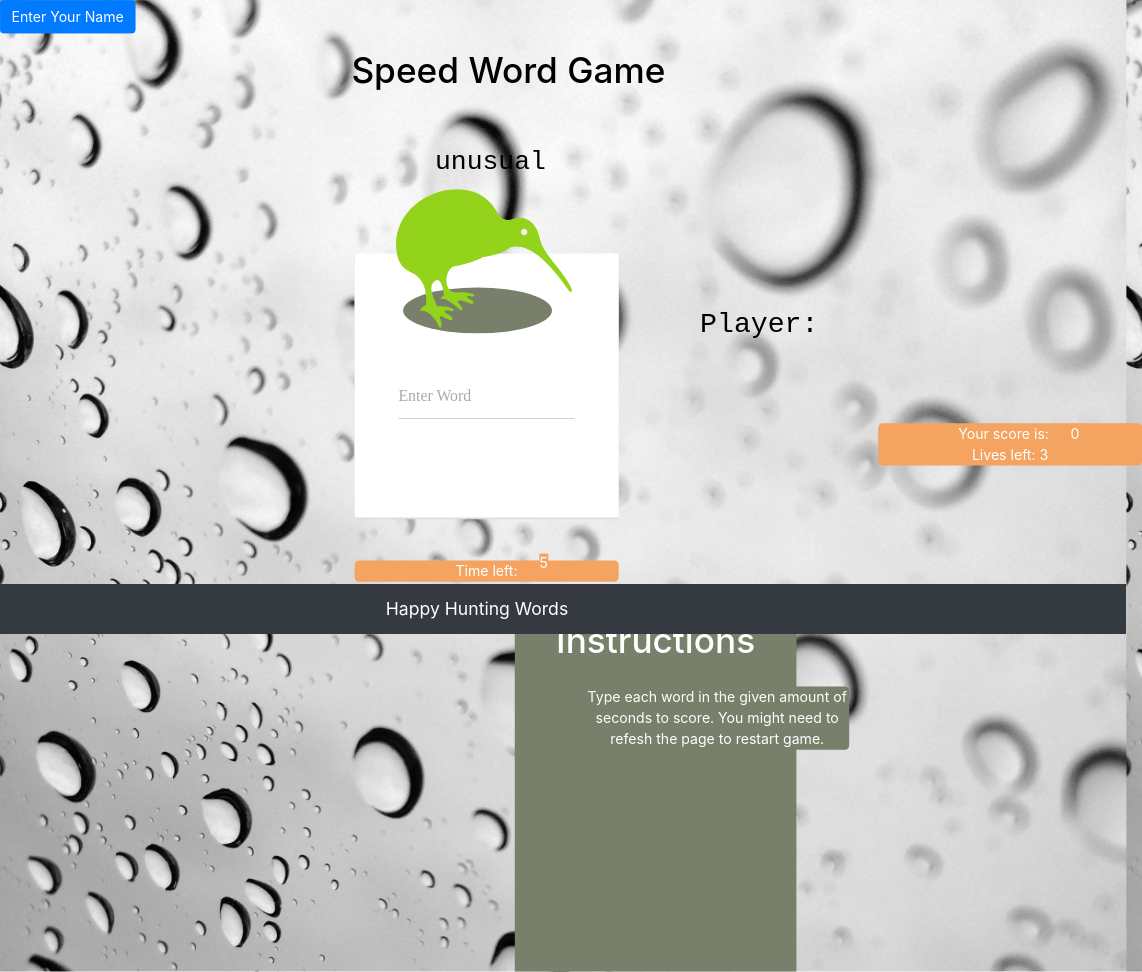
Repository: konstantin0s/word-game-project
Page: index.html
An editor plug-in stored every save of this project. The page is shown before and after a run of saves, followed by the edit.
The browser window is 1280 px wide. The page is 1298 px wide, so the pictures cover 1298 px, including what lies to the right of the window. The pictures show the whole page, at 88% of full size.
Backgrounds fixed to the window are drawn as part of the page. Some web libraries are served in a nearby version.

Above is the page before, as saved 2019-02-12 15:16:43.
Console error: ReferenceError: loadSound is not defined

After the next 2 saves:
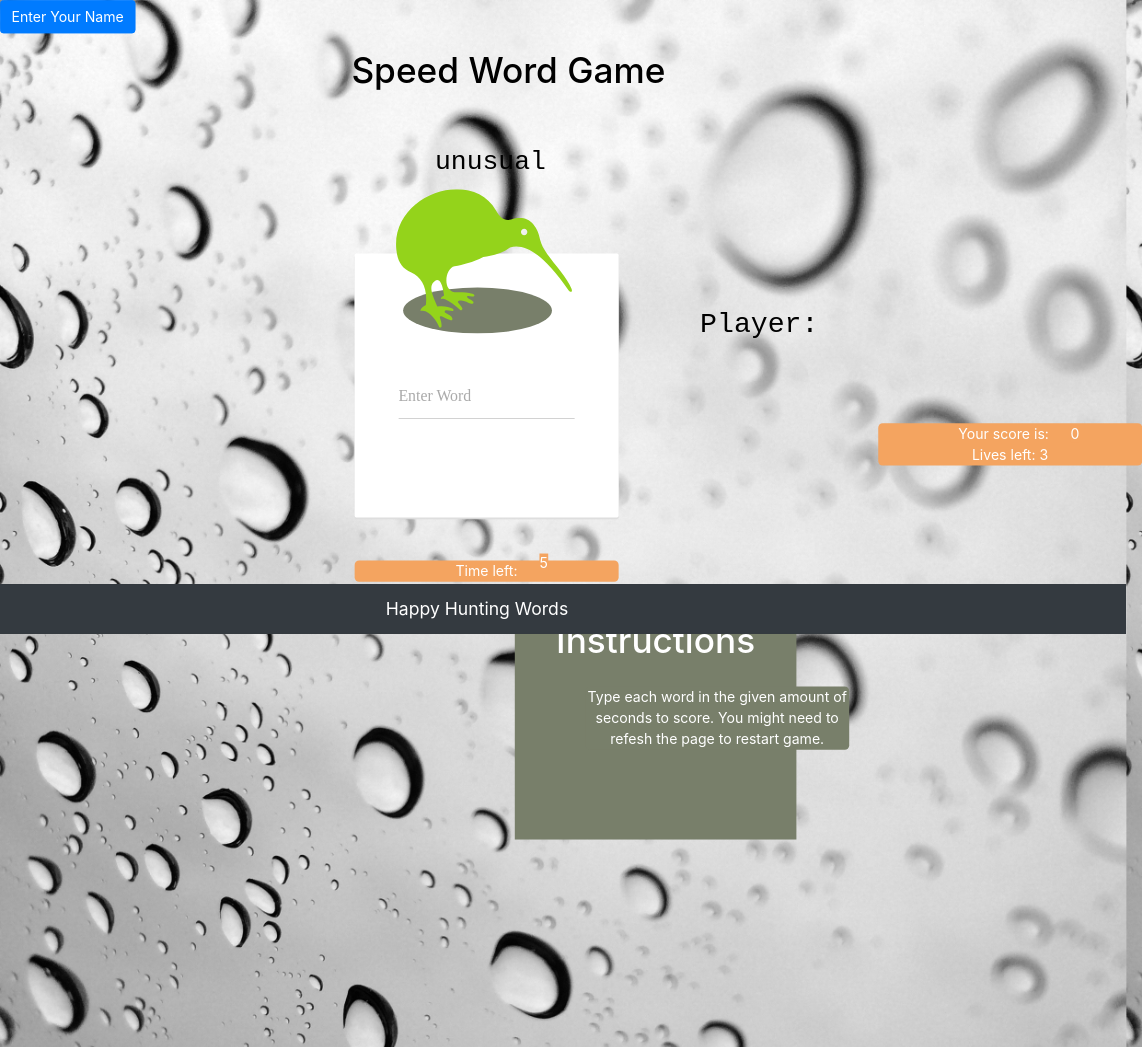
The 2 saves are shown as one change because they came seconds apart.
The last was saved 12 s later.
--- a/css/style.css
+++ b/css/style.css
@@ -214,14 +214,14 @@ b {
 .instructions {
   background-color: #787f6a;
   width: 25%;
-  height: 400px;
+  height: 250px;
   color: white;
   position: relative;
   left: 580px;
   top: 220px;
   margin: 5px;
   text-align: center;
-  margin-bottom: 50px;
+  margin-bottom: 350px;
 }
 
 .instructions p {
